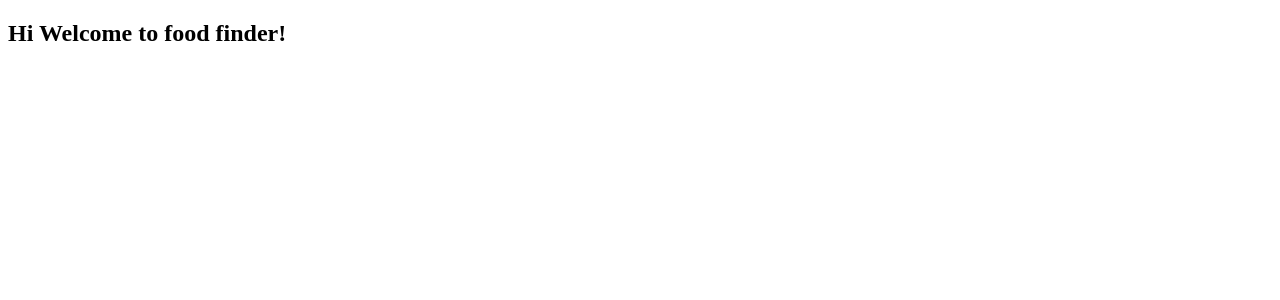
Repository: ratanparmar/receipesearch
Page: /
An editor plug-in stored every save of this project. The page is shown before and after the next save, followed by the edit.
The browser window is 1280 px wide. The pictures show the whole page.
The project was rebuilt for these pictures with package versions that can differ from the ones it lists, and the page was loaded fresh each time.

Above is the page before, as saved 2019-12-10 12:24:02.

### src/index.js
import React from 'react'
import ReactDOM from 'react-dom'
import App from './components/App'
ReactDOM.render( <App/>,document.getElementById('root'))

### src/components/App.js
import React , { Component } from 'react'



class App extends Component{
    render(){
        return(
            <div>
                <h2>Hi Welcome to food finder!
                </h2>
            </div>
        )
    }
}

export default App;

Loaded but not shown: public/index.html (common file)

After the next save:
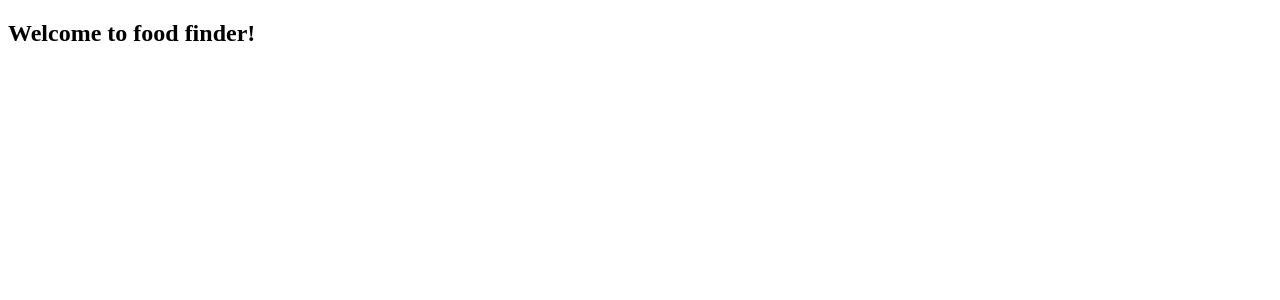
Saved 15 s later.
--- a/src/components/App.js
+++ b/src/components/App.js
@@ -6,7 +6,7 @@ class App extends Component{
     render(){
         return(
             <div>
-                <h2>Hi Welcome to food finder!
+                <h2> Welcome to food finder!
                 </h2>
             </div>
         )
